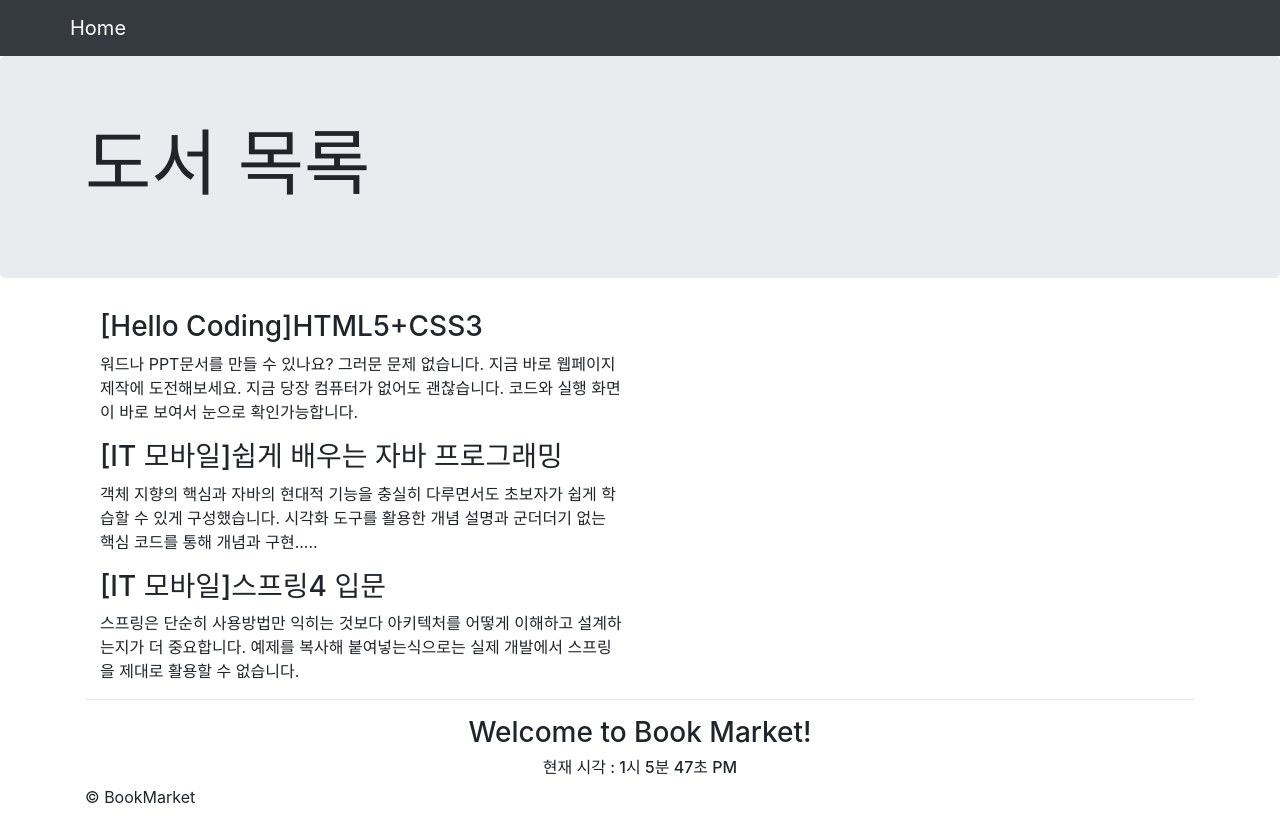
Repository: CheolHo-0428/JSP-Web-Programming
Page: http://localhost/BookMarket/books.jsp
These files come from the project's save history. The page is drawn as it stood at one moment and after the next save; the edit follows.
The browser window is 1280 px wide. The pictures show the whole page.
The page is served by Tomcat 9.

Above is the page before, as saved 2021-05-09 08:34:51.

### BookMarket/src/main/webapp/books.jsp
<%@ page language="java" contentType="text/html; charset=UTF-8"
    pageEncoding="UTF-8"%>
<%@ page import = "java.util.ArrayList" %>
<%@ page import = "dto.Book"%>
<jsp:useBean id="bookDAO" class="dao.BookRepository" scope="page"></jsp:useBean>
<!DOCTYPE html>
<html>
<head>
<meta charset="UTF-8">
<title>도서 목록</title>
</head>
<!-- Bootstrap CSS -->
    <link href="https://maxcdn.bootstrapcdn.com/bootstrap/4.0.0/css/bootstrap.min.css"
    	rel="stylesheet">
<body>
	<jsp:include page="menu.jsp"></jsp:include>

	<div class = "jumbotron">
		<div class = "container">
			<h1 class = "display-3">도서 목록</h1>
		</div>
	</div>

	<%
		ArrayList<Book> listOfBooks = bookDAO.getAllBooks();
	%>
	<div class="container">
		<div class="column" align="left">
			<% for(int i=0; i<listOfBooks.size(); i++){
				Book book = listOfBooks.get(i);
			%>
			<div class = "col-md-6">
				<h3><%= book.getCategory()%><%=book.getName()%></h3>
				<p><%= book.getDescription() %></p>
				<p></p>
			</div>
			<%
				}
			%>
		</div>
		<hr>
	</div>
	<jsp:include page="footer.jsp"></jsp:include>
</body>
</html>

### BookMarket/src/main/webapp/menu.jsp
<%@ page language="java" contentType="text/html; charset=UTF-8"
    pageEncoding="UTF-8"%>
<!DOCTYPE html>
<html>
<head>
<meta charset="UTF-8">
<title>Insert title here</title>
</head>
<body>
	<nav class="navbar navbar-expand navbar-dark bg-dark">
		<div class="container">
			<div class = "navbar-header">
				<a class = "navbar-brand" href="./welcome.jsp">Home</a>
			</div>
		</div>
	</nav>
</body>
</html>

### BookMarket/src/main/webapp/footer.jsp
<%@ page language="java" contentType="text/html; charset=UTF-8"
    pageEncoding="UTF-8"%>
<%@ page import="java.util.Date" %>
<!DOCTYPE html>
<html>
<head>
<meta charset="UTF-8">
<title>Insert title here</title>
</head>
<body>
	<%
		String tagline = "Welcome to Book Market!";

		Date day = new Date();
		String am_pm;
		int hour = day.getHours();
		int minute = day.getMinutes();
		int second = day.getSeconds();
		if(hour/12 == 0){
			am_pm = "AM";
		} else {
			am_pm = "PM";
			hour = hour-12;
		}
		String CT = hour + "시 " + minute + "분 " + second + "초 " + am_pm;
	%>

	<div class = "container">
		<div class = "text-center">
			<h3><%= tagline %></h3>
			<h6>현재 시각 : <%= CT %></h6>
		</div>
	</div>


	<footer class = "container">
		<p>&copy; BookMarket</p>
	</footer>
</body>
</html>

### BookMarket/src/main/java/dao/BookRepository.java
package dao;

import java.util.ArrayList;
import dto.Book;

public class BookRepository {
	ArrayList<Book> listOfBooks = new ArrayList<Book>();

	public BookRepository() {
		Book html = new Book("P1234", "HTML5+CSS3", 15000);
		html.setAuthor("황재호");
		html.setDescription("워드나 PPT문서를 만들 수 있나요? 그러문 문제 없습니다. 지금 바로 웹페이지 제작에 도전해보세요. 지금 당장 컴퓨터가 없어도 괜찮습니다. 코드와 실행 화면이 바로 보여서 눈으로 확인가능합니다.");
		html.setPublisher("한빛미디어");
		html.setCategory("[Hello Coding]");
		html.setUnitsInStock(1000L);
		html.setCondition("신규도서");

		Book it = new Book("P1235", "쉽게 배우는 자바 프로그래밍", 27000);
		it.setAuthor("우종중");
		it.setDescription("객체 지향의 핵심과 자바의 현대적 기능을 충실히 다루면서도 초보자가 쉽게 학습할 수 있게 구성했습니다. 시각화 도구를 활용한 개념 설명과 군더더기 없는 핵심 코드를 통해 개념과 구현.....");
		it.setPublisher("한빛아카데미");
		it.setCategory("[IT 모바일]");
		it.setUnitsInStock(1000L);
		it.setCondition("중고도서");

		Book spring = new Book("P1236", "스프링4 입문", 27000);
		spring.setAuthor("하세가와 유이치, 오모노 와타루, 토키 코헤이(권은철, 전민수)");
		spring.setDescription("스프링은 단순히 사용방법만 익히는 것보다 아키텍처를 어떻게 이해하고 설계하는지가 더 중요합니다. 예제를 복사해 붙여넣는식으로는 실제 개발에서 스프링을 제대로 활용할 수 없습니다.");
		spring.setPublisher("한빛미디어");
		spring.setCategory("[IT 모바일]");
		spring.setUnitsInStock(1000L);
		spring.setCondition("E-Book");

		listOfBooks.add(html);
		listOfBooks.add(it);
		listOfBooks.add(spring);
	}

	public ArrayList<Book> getAllBooks(){
		return listOfBooks;
	}
}

### BookMarket/src/main/java/dto/Book.java
package dto;

import java.io.Serializable;

public class Book implements Serializable {
	private String bookId;			//도서 아이디
	private String name;			//도서명
	private Integer unitPrice;		//가격
	private String author;			//저자
	private String description; 	//설명
	private String publisher;		//출판사
	private String category;		//분류
	private long unitsInStock;		//재고 수
	private long totalPages;		//페이지 수
	private String releaseDate;		//출판일(월/년)
	private String condition;		//신규 도서 or 중고 도서 or E-Book

	public Book() {
		super();
	}

	public Book(String bookId, String name, Integer unitPrice) {
		super();
		this.bookId = bookId;
		this.name = name;
		this.unitPrice = unitPrice;
	}

	public String getBookId() {
		return bookId;
	}

	public void setBookId(String bookId) {
		this.bookId = bookId;
	}

	public String getName() {
		return name;
	}

	public void setName(String name) {
		this.name = name;
	}

	public Integer getUnitPrice() {
		return unitPrice;
	}

	public void setUnitPrice(Integer unitPrice) {
		this.unitPrice = unitPrice;
	}

	public String getAuthor() {
		return author;
	}

	public void setAuthor(String author) {
		this.author = author;
	}

	public String getDescription() {
		return description;
	}

	public void setDescription(String description) {
		this.description = description;
	}

	public String getPublisher() {
		return publisher;
	}

	public void setPublisher(String publisher) {
		this.publisher = publisher;
	}

	public String getCategory() {
		return category;
	}

	public void setCategory(String category) {
		this.category = category;
	}

	public long getUnitsInStock() {
		return unitsInStock;
	}

	public void setUnitsInStock(long unitsInStock) {
		this.unitsInStock = unitsInStock;
	}

	public long getTotalPages() {
		return totalPages;
	}

	public void setTotalPages(long totalPages) {
		this.totalPages = totalPages;
	}

	public String getReleaseDate() {
		return releaseDate;
	}

	public void setReleaseDate(String releaseDate) {
		this.releaseDate = releaseDate;
	}

	public String getCondition() {
		return condition;
	}

	public void setCondition(String condition) {
		this.condition = condition;
	}
}

After the next save:
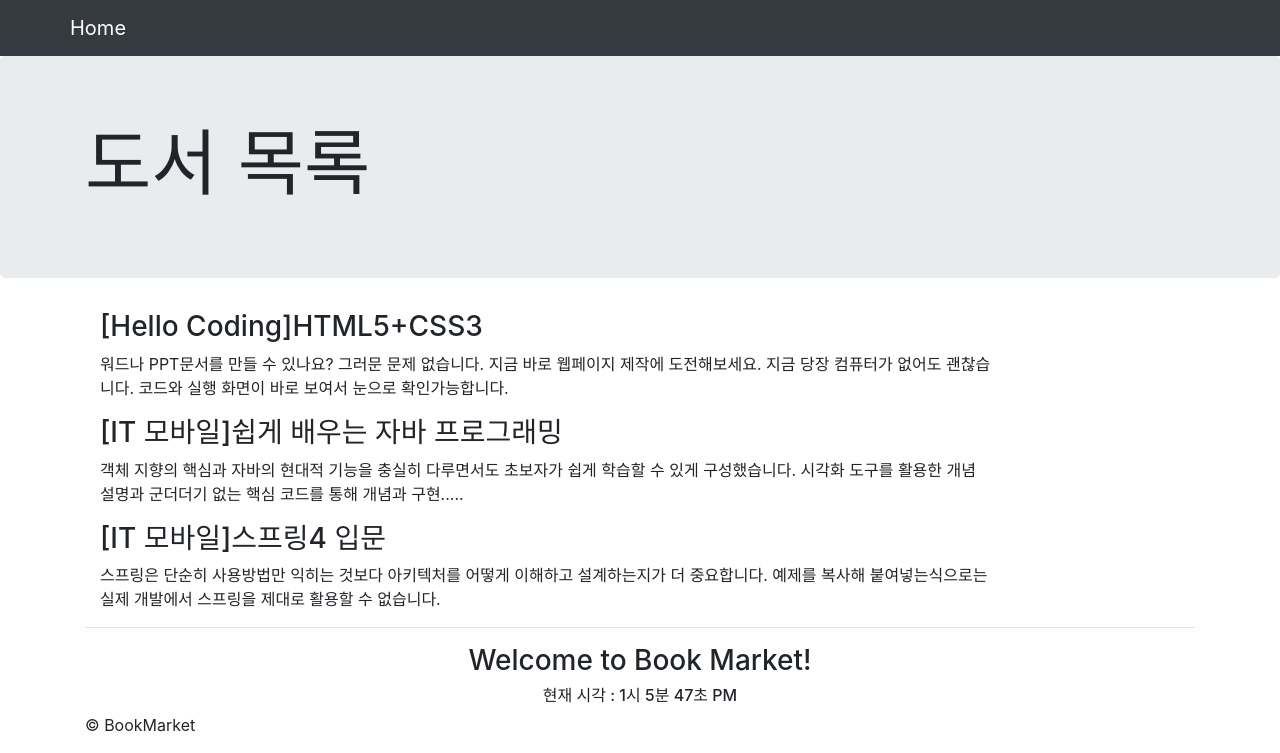
Saved 9 s later.
--- a/BookMarket/src/main/webapp/books.jsp
+++ b/BookMarket/src/main/webapp/books.jsp
@@ -29,7 +29,7 @@
 			<% for(int i=0; i<listOfBooks.size(); i++){
 				Book book = listOfBooks.get(i);
 			%>
-			<div class = "col-md-6">
+			<div class = "col-md-10">
 				<h3><%= book.getCategory()%><%=book.getName()%></h3>
 				<p><%= book.getDescription() %></p>
 				<p></p>
